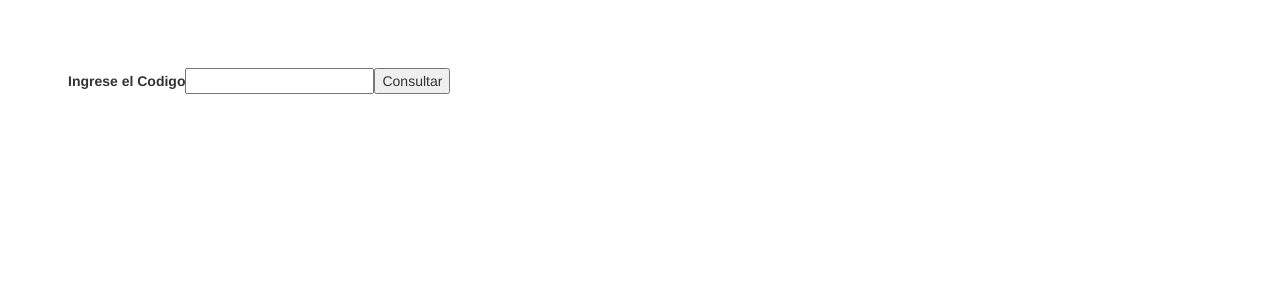
Repository: yoshitomimaehara/sdpa
Page: http://localhost/Sistema_de_Pruebas_Academicas/alumno_consultar.jsp
The author's editor kept a copy of each file at every save. The page is drawn from the files as they stood at one save, then again after the next save.
The browser window is 1280 px wide. The pictures show the whole page.
The page is served by Tomcat 9. Other server files are loaded and not shown.

Above is the page before, as saved 2013-10-06 22:37:47.
Console error: TypeError: $(...).alert is not a function

### Web/Sistema de Pruebas Academicas/Sistema de Pruebas Academicas/WebContent/alumno_consultar.jsp
<%@page import="model.AlumnoModel"%>
<%@page import="entity.Alumno"%>
<%@ page language="java" contentType="text/html; charset=ISO-8859-1"
    pageEncoding="ISO-8859-1"%>
 <%
 Alumno al=new Alumno();
 String idAlumno="",error="";
 if(request.getParameter("BtnConsultar")!=null){
	 	idAlumno=request.getParameter("id");
		try{
			AlumnoModel model = new AlumnoModel();
			al=model.getAlumnoxid(idAlumno);
		}catch(Exception e){
			error=e.getMessage();
		}
 }
 %>
<!DOCTYPE html>
<html>
<head>
<meta http-equiv="Content-Type" content="text/html; charset=ISO-8859-1">
<title></title>
<link rel="stylesheet" type="text/css" href="css\styles.css"/>
<link rel="stylesheet" href="css\bootstrap.min.css">
<script src="js\jquery.js"></script>
<script src="js\scripts.js"></script>

</head>
<body>
	<form action="consultaalumno" method="post" class="formulario_adptado">
	<label>Ingrese el Codigo</label><input type="text" name="idAlumno"/><input type="button" name="BtnConsultar" value="Consultar"/>
	</form>
	<%
	if(request.getParameter("BtnConsultar")!=null && error==""){
		out.print("<table border=1>");
		out.print("<tr><th>CodAlumno</th><th>Nombre</th><th>Apellidos</th><th>Ciclo</th><th>Universidad</th><th>Fecha Nacimiento</th><th>Creditos</th><th>Año Ingreso</th></tr>");
		out.print("<tr><td>"+al.getCodalumno()+"</td><td>"+al.getNombre()+"</td><td>"+al.getApellido()+"</td><td>"+al.getCiclo()+"</td><td>"+al.getUniversidad()+"</td><td>"+al.getFech_nac()+"</td><td>"+al.getCreditos()+"</td><td>"+al.getAño_ingreso()+"</td></tr>");
		out.print("</table>");
	}
	%>
</body>
</html>

### Web/Sistema de Pruebas Academicas/Sistema de Pruebas Academicas/src/entity/Alumno.java
package entity;

public class Alumno {
	private String codalumno;
	private String nombre;
	private String apellido;
	private String ciclo;
	private String universidad;
	private String fech_nac;
	private int creditos;
	private int año_ingreso;

	public String getCodalumno() {
		return codalumno;
	}
	public void setCodalumno(String codalumno) {
		this.codalumno = codalumno;
	}
	public String getNombre() {
		return nombre;
	}
	public void setNombre(String nombre) {
		this.nombre = nombre;
	}
	public String getApellido() {
		return apellido;
	}
	public void setApellido(String apellido) {
		this.apellido = apellido;
	}
	public String getCiclo() {
		return ciclo;
	}
	public void setCiclo(String ciclo) {
		this.ciclo = ciclo;
	}
	public String getUniversidad() {
		return universidad;
	}
	public void setUniversidad(String universidad) {
		this.universidad = universidad;
	}
	public String getFech_nac() {
		return fech_nac;
	}
	public void setFech_nac(String fech_nac) {
		this.fech_nac = fech_nac;
	}
	public int getCreditos() {
		return creditos;
	}
	public void setCreditos(int creditos) {
		this.creditos = creditos;
	}
	public int getAño_ingreso() {
		return año_ingreso;
	}
	public void setAño_ingreso(int año_ingreso) {
		this.año_ingreso = año_ingreso;
	}


}

### Web/Sistema de Pruebas Academicas/Sistema de Pruebas Academicas/WebContent/css/styles.css
/*
Nombre:styles.css
Descripcion:Hoja de Estilos
Autores:Yoshitomi Maehara/Liliana Gonzales
Email:
*/
/* universal */
*{
}

/*etiquetas*/
body{
	padding:40px;
}

/* identificadores */
#ingresar{
	background-color: #5162F6;
	color:white;
}

#ingresar:hover{
	background-color: white;
	color:black;

}

#link_contrasenia{
	text-decoration:none;
}

#link_contrasenia:hover{
	text-decoration:none;
}

#academico{
	padding:10px;
	clear: none;
}

#academico:hover{
	display:block;
	padding:10px;
}

/* clases */
.cabecera_index{
  padding:0.8em;
  text-align:center;
  margin: 1em;
}

.login_index{
   border:solid 1px;
   -webkit-border-radius: 8px;
   -moz-border-radius: 8px;
   border-radius: 8px;

}

.alerta{

}

.pie_index{
	height:3em;
	padding:0.5em;
}

.menu_panel{

}
.menu_lista{
	list-style-type:none;
}

.menu_lista li{
	display:inline-block;
	padding:10px;
}

.imagen{
	padding:1em;
	height:30em;
	width:30em;
}

.contenedor{
	border:1px solid #A4A4A4;
	height:30em;
	-webkit-border-radius: 8px;
   	-moz-border-radius: 8px;
   	border-radius: 8px;
   	background-color:#F2F2F2;
}

.contenido_dentro{
	background-color:#F2F2F2;
	border:1px solid #A4A4A4;
	height:30em;
	-webkit-border-radius: 8px;
   	-moz-border-radius: 8px;
   	border-radius: 8px;
}

.menu_dentro{
	background-color:#F2F2F2;
	border:1px solid #A4A4A4;
	height:10em;
	-webkit-border-radius: 8px;
   	-moz-border-radius: 8px;
   	border-radius: 8px;
}

.formulario_adptado{
	padding:2em;
}

### Web/Sistema de Pruebas Academicas/Sistema de Pruebas Academicas/WebContent/js/scripts.js
/**
 * Nombre:script.js
 * Descripcion: Funciones JavaScript/JQuery
 * Autores:Yoshitomi Maehara/Liliana Gonzales
 * Email:
 */



$(document).ready(function(){
	$().alert();
});

$(function(){
	$('.accesos').click(function(e){
		e.preventDefault();
		$('#main').load($(this).attr('href'));
	});
});

$(function(){
	$('.enlaces').click(function(e){
		e.preventDefault();
		$('#contenido').load($(this).attr('href'));
	});
});

Loaded but not shown: Web/Sistema de Pruebas Academicas/Sistema de Pruebas Academicas/WebContent/css/bootstrap.min.css (library); Web/Sistema de Pruebas Academicas/Sistema de Pruebas Academicas/WebContent/js/jquery.js (library)

After the next save:
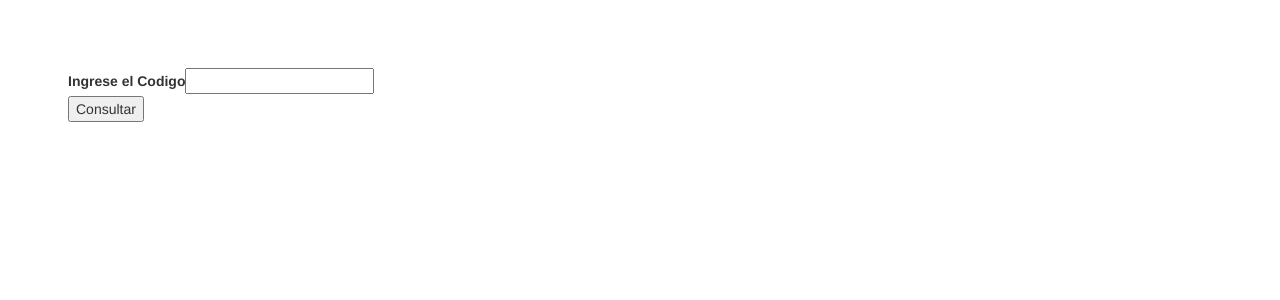
Saved 31 s later.
--- a/Web/Sistema de Pruebas Academicas/Sistema de Pruebas Academicas/WebContent/alumno_consultar.jsp
+++ b/Web/Sistema de Pruebas Academicas/Sistema de Pruebas Academicas/WebContent/alumno_consultar.jsp
@@ -28,7 +28,9 @@
 </head>
 <body>
 	<form action="consultaalumno" method="post" class="formulario_adptado">
-	<label>Ingrese el Codigo</label><input type="text" name="idAlumno"/><input type="button" name="BtnConsultar" value="Consultar"/>
+	<label>Ingrese el Codigo</label><input type="text" name="idAlumno"/>
+	<br/>
+	<input type="button" name="BtnConsultar" value="Consultar"/>
 	</form>
 	<%
 	if(request.getParameter("BtnConsultar")!=null && error==""){
